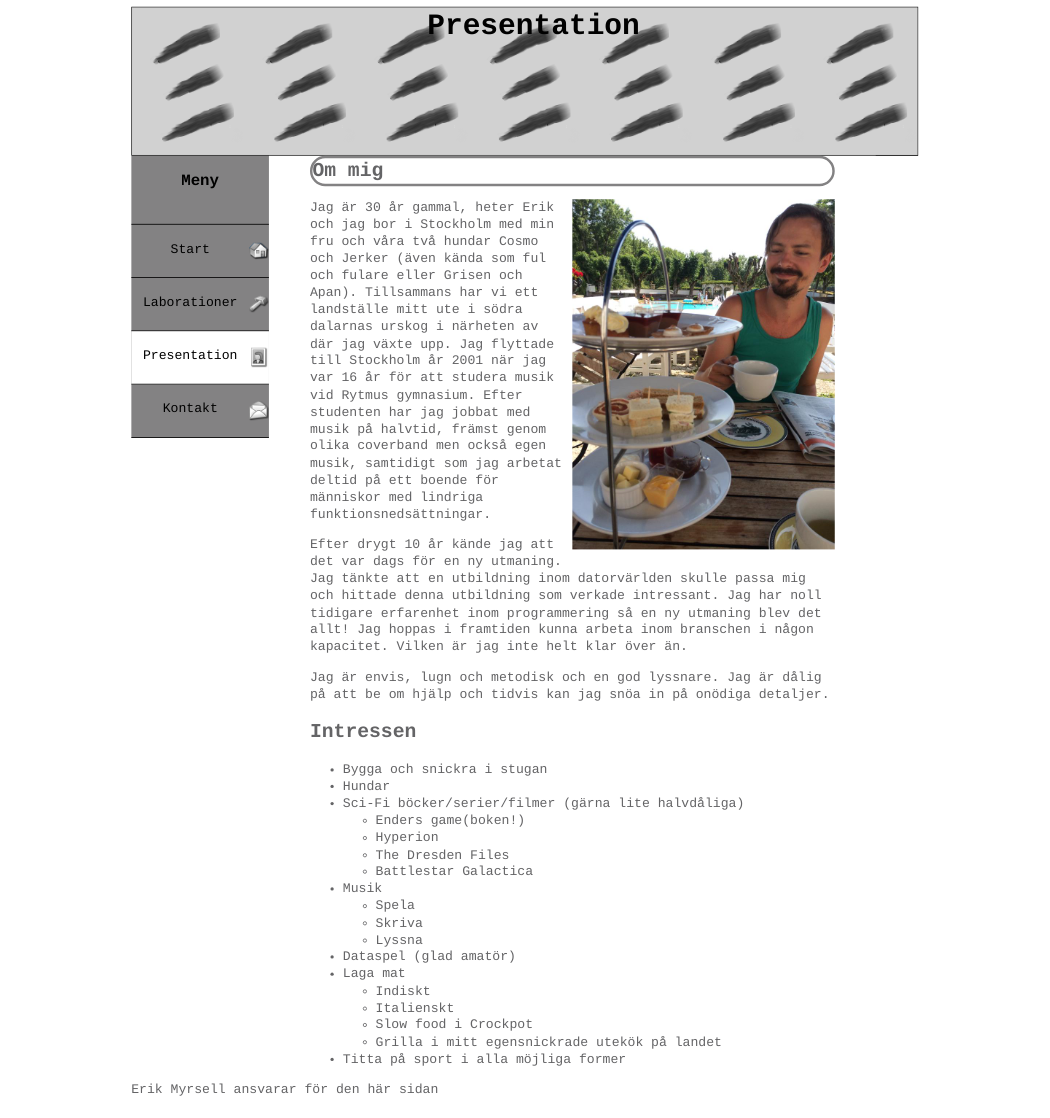
Repository: em222mt/1IK415_em222mt
Page: pages/presentation.html
The author's editor kept a record of every edit. The page is drawn from the files as they stood at one moment, then again after the next edit.
The browser window is 1280 px wide. The pictures show the whole page, at 82% of full size.

Above is the page before.

### pages/presentation.html
<!doctype html>
<html lang="sv">

<head>
    <meta charset="utf-8">
    <meta name="viewport" content="width=device-width, initial scale=1.0">

    <title>Presentation</title>

    <link rel="stylesheet" media="only screen and (min-width: 482px)" href="../css/basic.css">
    <link rel="stylesheet" media="print" href="../css/print.css">
    <link rel="stylesheet" media="only screen and (max-width: 481px)" href="../css/sscreen.css">

    <link rel="shortcut icon" href="../pics/favicon.png" type="png">
    <link rel="apple-touch-icon" href="../pics/apple-touch-icon-small.png">
    <link rel="apple-touch-icon" sizes="114x114" href="../pics/apple-touch-icon-big.png">

    <script>
        document.createElement("header");
        document.createElement("hgroup");
        document.createElement("footer");
        document.createElement("article");
        document.createElement("main");
        document.createElement("section");
        document.createElement("nav");
        document.createElement("aside");
        document.createElement("address");
    </script>
</head>

    <!-- Startpunkt -->

    <body>
        <div id="container">

            <header>
                <h1 class="headertitle">Presentation</h1>
            </header>

            <nav>

                <ul>
                    <li><h3>Meny</h3></li>
                    <li><a href="../index.html">Start</a><a id="home-icon" href="../index.html"></a></li>
                    <li><a href="laborationer.html">Laborationer</a><a id="work-icon" href="laborationer.html"></a></li>
                    <li class="active"><a href="presentation.html">Presentation</a><a id="bio-icon" href="presentation.html"></a></li>
                    <li><a href="kontakt.html">Kontakt</a><a id="contact-icon" href="kontakt.html"></a></li>
                </ul>

            </nav>

            <main>

                <header>
                    <h2>Om mig</h2>
                </header>

                <article>
                    <img id="biopic" src="../pics/tea.jpg" alt="Sommar med Afternoon tea på Häringe slott" width="360" height="480">

                    <p>Jag är 30 år gammal, heter Erik och jag bor i Stockholm med min fru och våra två hundar Cosmo och Jerker (även kända som ful och fulare eller Grisen och Apan).
                       Tillsammans har vi ett landställe mitt ute i södra dalarnas urskog i närheten av där jag växte upp. Jag flyttade till Stockholm år 2001 när jag var 16 år för att studera musik vid
                       Rytmus gymnasium. Efter studenten har jag jobbat med musik på halvtid, främst genom olika coverband men också egen musik, samtidigt som jag arbetat deltid på ett boende för människor med
                       lindriga funktionsnedsättningar.
                    </p>
                    <p>Efter drygt 10 år kände jag att det var dags för en ny utmaning. Jag tänkte att en utbildning inom datorvärlden skulle passa mig och hittade denna utbildning som verkade intressant.
                       Jag har noll tidigare erfarenhet inom programmering så en ny utmaning blev det allt! Jag hoppas i framtiden kunna arbeta inom branschen i någon kapacitet. Vilken är jag inte helt klar över än.
                    </p>
                    <p>Jag är envis, lugn och metodisk och en god lyssnare. Jag är dålig på att be om hjälp och tidvis kan jag snöa in på onödiga detaljer.
                    </p>
                </article>
            <article>
            <h2>Intressen</h2>

                <ul>
                    <li>Bygga och snickra i stugan</li>
                    <li>Hundar</li>
                    <li>Sci-Fi böcker/serier/filmer (gärna lite halvdåliga)
                        <ul>
                            <li>Enders game(boken!)</li>
                            <li>Hyperion</li>
                            <li>The Dresden Files</li>
                            <li>Battlestar Galactica</li>
                        </ul>
                    </li>
                    <li>Musik
                        <ul>
                            <li>Spela</li>
                            <li>Skriva</li>
                            <li>Lyssna</li>
                        </ul>
                    </li>
                    <li>Dataspel (glad amatör)</li>
                    <li>Laga mat
                        <ul>
                            <li>Indiskt</li>
                            <li>Italienskt</li>
                            <li>Slow food i Crockpot</li>
                            <li>Grilla i mitt egensnickrade utekök på landet</li>
                        </ul>
                    </li>
                    <li>Titta på sport i alla möjliga former</li>
                </ul>
            </article>

            </main>

            <footer>
                <p>Erik Myrsell ansvarar för den här sidan</p>
            </footer>
        </div>
    </body>
</html>

### css/basic.css
/*
Background main: #FFFFFF
Background aside: #838283
Background header/footer: #D1D1D1
text-color: #646466
*/

/*Layout*/

article, aside, details, figcaption, figure,
footer, header, hgroup, main, menu, nav,
section{
    display: block;
}

a:link 	    { color: black; }
a:visited 	{ color: gray; }
a:focus 	{ color: #838283; }
a:hover	    { color: #6495ED; background-color: white;}
a:active 	{ color: #FFFFFF; }

/*Container*/

#container {
    max-width: 960px;
    overflow: auto;
    margin: 0 auto;
}

/*----------------------------------------*/

/*Header*/

header h1 {
    border-style: solid;
    border-width: 1px;
    width: 958px;
    background-color: #D1D1D1;
    background-image: url(../pics/Logo5.png);
    background-repeat: round;
    background-position: left;
    text-indent: 300px;
    height: 180px;
}

header h2 {
    margin: 0 auto;
    border: 3px solid #838283;
    border-top-right-radius: 30px;
    border-top-left-radius: 30px;
    border-bottom-right-radius: 30px;
    border-bottom-left-radius: 30px;
}

.pageheader {
    margin: 10px 10px 10px 10px;
    text-align: center;
}

/*----------------------------------------*/

/*Navigation*/

nav {
    float: left;
    color: #646466;
    background-color: #838283;
    width: 168px;
}

nav li{
    border-bottom: 1px solid black;
    height: 64px;
}

nav a{
    float: left;
}

nav ul {
    list-style-type: none;
    margin: 0;
    padding: 0;
}

#container > nav > ul > li:nth-child(1) > h3{
    color: black;
    font-weight: bold;
    font-size: 1.2em;
    text-align: center;
}

nav a:nth-child(2) {
    float: left;
    background-image: url(pics/sprite.png);
    display: block;
    width: 24px;
    height: 24px;
    position: relative;
    top: 20px;
}

#home-icon          { background-position: 0 -48px;}
#home-icon:hover    { background-position: 0 0;}

#work-icon          { background-position: 0 -144px; }
#work-icon:hover    { background-position: 0 -96px; }

#bio-icon           { background-position: 0 -240px;}
#bio-icon:hover     { background-position: 0 -192px;}

#contact-icon       { background-position: 0 -336px;}
#contact-icon:hover { background-position: 0 -288px;}


nav a:nth-child(1){
    display: block;
    width: 144px;
    height: 43px;
    padding-top: 20px;
    text-align: center;
    color: black;
    text-decoration: none;

}

nav li:hover:nth-child(n+2) { color: #6495ED; background-color: white;}

li.active {
    background-color: white;
}

/*----------------------------------------*/

/*Content*/

main {
    float: left;
    max-width: 788px;
    background-color: #FFFFFF;
    padding-right: 50px;
    padding-left: 50px;
}

main, p {
    color: #646466;
    font-family: courier , serif;
    line-height: 130%;
    width: 640px;
}

.entry a {
    text-decoration: none;
    color: #838283;
    margin-left: 30px;
    border: 1px solid #838283;
    border-top-right-radius: 10px;
    border-top-left-radius: 10px;
    border-bottom-right-radius: 10px;
    border-bottom-left-radius: 10px;
}

.entryfooter {
    font-style: italic;
    border: none;
    background-color: white;

}

.blog {
    border-bottom: 2px solid #838283;
}
.comments {
    background-color: #F9F7FF;

}

h4 {
    font-weight: bold;
}

.commentfooter {
    font-style: italic;
}

/*----------------------------------------*/

/*Footer*/

#footer {
    border-style: solid;
    border-width: 1px;
    clear: both;
    max-width: 958px;
    background-color: #D1D1D1;
}

/*----------------------------------------*/

/*Presentation*/

#biopic{
    float: right;
    width: 50%;
    height: 50%;
    margin-left: 10px;
    margin-bottom: 10px;
}

/*----------------------------------------*/

/*Storleksanpassat bild i inlägg 2*/
#gubbe {
    max-width: 450px;
}

/*fonts*/
h1, h2, h3, ul, ol, li, form, a {
    color: #646466;
    font-family: courier , serif;
    line-height: 130%;
}

/*----------------------------------------*/

/*Tabell på laboration.html*/

main table tr td {
    width: 40%;
    border: 2px solid #838283;
    text-align: center;
    border-top-right-radius: 5px;
    border-bottom-right-radius: 5px;

}

#table th {
    border: 2px solid #838283;
    font-size: 1.03em;
    border-top-right-radius: 5px;
    border-bottom-right-radius: 5px;
}

tfoot {
    font-size: 1.03em;
}

/*----------------------------------------*/

/*Anpassat headerns text*/

.headertitle {
    margin: 0 auto;
    text-indent: 360px;
    color: black;
    font-size: 2.25em;
}

/*----------------------------------------*/

/*Lagt till en bild vid blogginläggen*/

.entry {
    background-image: url(../pics/post.png);
    background-repeat: no-repeat;
    background-position: top left;
    text-indent: 35px;
}
.entrypic {
    float: right;
    width: 35%;
}

/*----------------------------------------*/

/*Formulär och hcard*/

#form fieldset {
    width: 350px;
    background-color: #D1D1D1;
}

.formframe {
    font-weight: bold;
}

.formunit {
    float: left;
    width: 100%;
}

#formtitle {
    display: none;
}

#formcontainer {
    margin-left: 20%;
}

.vcard {
    max-width: 80%;
    color: #838283;
    margin-left: 50px;
    margin-top: 30px;
    margin-bottom: 30px;
    border: 2px solid #838283;
    border-top-right-radius: 10px;
    border-top-left-radius: 10px;
    border-bottom-right-radius: 10px;
    border-bottom-left-radius: 10px;
    padding-left: 10px;
    padding-right: 10px;
    text-align: center;
    float: left;

}

#hcard-Erik-Hans-Gustav-Myrsell > img {

    max-width: 96%;
    margin: 10px 10px 10px 10px;
    padding-bottom: 10px;
    border-bottom: 2px solid #838283;
}

#hcard-Erik-Hans-Gustav-Myrsell > a.url.fn.n {

    border: 2px solid #838283;
    text-decoration: none;
    text-align: center;
}

#hcard-Erik-Hans-Gustav-Myrsell > p {
    text-align: left;
}
/*------------------------------------*/

### css/print.css
/*
Background main: #FFFFFF
Background aside: #838283
Background header/footer: #D1D1D1
text-color: #646466
*/

/*Layout*/

a:link 	    { color: black; }
a:visited 	{ color: gray; }
a:focus 	{ color: #838283; }
a:hover	    { color: #6495ED; }
a:active 	{ color: #FFFFFF; }

/*Tryck ihop text för utskrift och ändra färgr*/

@media print {
    a, h1, h2, h3, p, table {
        color: #000000;
        background-color: #ffffff;
        max-width: 500px;
    }
}

@media print {
    ul, ol, dl, li {
        color: #000000;
        background-color: #ffffff;
        max-width: 400px;
    }
}
/*--------------------------------------*/

/*Content*/
@media print {
    #content {
        color: #000000;
        background-color: #ffffff;
        /*display: none;*/
        border: none;
        max-width: 960px;
    }
}
/*--------------------------------------*/

/*Dölj bilder och annan media*/

@media print {
    #gubbe {
        display: none;
    }
}

@media print {
#blogg > div:nth-child(2) > img {
    display: none;
}
}

@media print {
.video {
    display: none;
}
}

@media print {
#bild {
    display: none;
}
}
/*--------------------------------------*/

@media print{
       a:after{content:" (" attr(href) ") ";

       }
}
/*Navigation*/

@media print {
#navigation {
    display: none;
    border: none;
    color: #ffffff;
    background-color: #ffffff;
    }
}
/*--------------------------------------*/

/*header*/

@media print {
    #header {
        color: #ffffff;
        background-color: #ffffff;
        display: none;
        border: none;
        border-style: none;
    }
}
/*--------------------------------------*/

/*header*/
@media print {
    #footer {
        color: #000000;
        background-color: #ffffff;
        display: none;
        border: none;
        border-style: none;
    }
}
/*--------------------------------------*/

### css/sscreen.css
/*Layout*/

article, aside, details, figcaption, figure,
footer, header, hgroup, main, menu, nav,
section{
    display: block;
}

a:link 	    { color: black; }
a:visited 	{ color: gray; }
a:focus 	{ color: #838283; }
a:hover	    { color: #6495ED; background-color: white;}
a:active 	{ color: #FFFFFF; }

/*----------------------------------------*/

/*Fonts*/
h1, ul, ol, form, a, p {
    color: #646466;
    font-family: courier , serif;
    line-height: 130%;
    font-size: 0.9em;
}

h2, h3, li {
    color: #646466;
    font-family: courier , serif;
    line-height: 130%;
}

h2 {
    text-align: center;
}


/*Container*/

#container {
    width: auto;
}

/*----------------------------------------*/

/*Header*/

header h1 {
    border-style: solid;
    border-width: 1px;
    max-width: 100%;
    background-color: #D1D1D1;
    background-image: url(../pics/Logo5.png);
    background-repeat: repeat;
    background-position: left;
    text-align: center;
}

header h2 {
    margin: 0 auto;
    border: 3px solid #838283;
    border-top-right-radius: 30px;
    border-top-left-radius: 30px;
    border-bottom-right-radius: 30px;
    border-bottom-left-radius: 30px;
}

#bloggheader {
    margin: 10px 10px 10px 10px;
    text-align: center;
}



/*Content*/

main {
        width: auto;
        float: none;
        text-align: left;
        padding: 0 0 0 0;
        margin: 0 0 0 0;
}

main > ol:nth-child(7) > li:nth-child(4) > ol > li{

    word-break: break-all;
}

.entry a {
    text-decoration: none;
    color: #838283;
    margin-left: 30px;
    border: 1px solid #838283;
    border-top-right-radius: 10px;
    border-top-left-radius: 10px;
    border-bottom-right-radius: 10px;
    border-bottom-left-radius: 10px;
}

.entryfooter {
    font-style: italic;
    border: none;
    background-color: white;

}

.blog {
    border-bottom: 2px solid #838283;
}

.comments {
    background-color: #F9F7FF;
}

h4 {
    font-weight: bold;
}

.commentfooter {
    font-style: italic;
}


/*----------------------------------------*/


/*Navigation*/

nav {
        width: auto;
}

nav{
    color: #646466;
    background-color: #838283;
    max-width: 100%;
}

nav li{
    border-bottom: 1px solid black;
    height: 64px;
    font-size: 1.1em;
}

nav a{
    float: left;
}

nav ul {
    list-style-type: none;
    margin: 0;
    padding: 0;
}

#container > nav > ul > li:nth-child(1) > h3{
    color: black;
    font-weight: bold;
    font-size: 1.2em;
    text-align: center;
}

nav a:nth-child(2) {
    float: left;
    background-image: url(pics/sprite.png);
    display: block;
    width: 24px;
    height: 24px;
    position: relative;
    top: 20px;
}

#home-icon          { background-position: 0 -48px;}
#home-icon:hover    { background-position: 0 0;}

#work-icon          { background-position: 0 -144px; }
#work-icon:hover    { background-position: 0 -96px; }

#bio-icon           { background-position: 0 -240px;}
#bio-icon:hover     { background-position: 0 -192px;}

#contact-icon       { background-position: 0 -336px;}
#contact-icon:hover { background-position: 0 -288px;}


nav a:nth-child(1){
    float: right;
    display: block;
    width: 270px;
    height: 43px;
    padding-top: 20px;
    text-indent: 10px;
    color: black;
    text-decoration: none;
}

nav li:hover:nth-child(n+2) { color: #6495ED; background-color: white;}



li.active {
    background-color: white;
}

/*----------------------------------------*/


/*Bilder*/

img {
    max-width: 100%;
}

/*----------------------------------------*/


.entry {
    background-image: url(../pics/post.png);
    background-repeat: no-repeat;
    background-position: top left;
    text-indent: 35px;
}

.headertitle {
    margin: 0 auto;
    color: black;
    font-size: 2.25em;
}

h3 {
    text-align: center;
}

/*----------------------------------------*/

/*Footer*/

#footer {
    border-style: solid;
    border-width: 1px;
    clear: both;
    background-color: #D1D1D1;

}
/*----------------------------------------*/

/*Formulär*/

#form fieldset {
    max-width: 100%;
    background-color: #D1D1D1;
}

.formframe {
    font-weight: bold;
}

.formunit {
    float: left;
    width: 100%;
}

#recepientemail
{
    width: 70%;
}

#recepienttwitter
{
    width: 60%;
}

#recepientfacebook
{
    width: 50%;
}

#formsubmit
{
    margin-top: 15px;
    margin-bottom: 15px;
    alignment-adjust: middle;
}

#form input {
    max-width: 95%;
}

#formtitle {
    display: none;
}
/*----------------------------------------*/

/*Tabell på laboration.html*/

main table tr td {
    width: 40%;
    border: 2px solid #838283;
    text-align: center;
    border-top-right-radius: 5px;
    border-bottom-right-radius: 5px;

}

#table th {
    border: 2px solid #838283;
    font-size: 1.03em;
    border-top-right-radius: 5px;
    border-bottom-right-radius: 5px;
}

tfoot {
    font-size: 1.03em;
}

After the next edit:
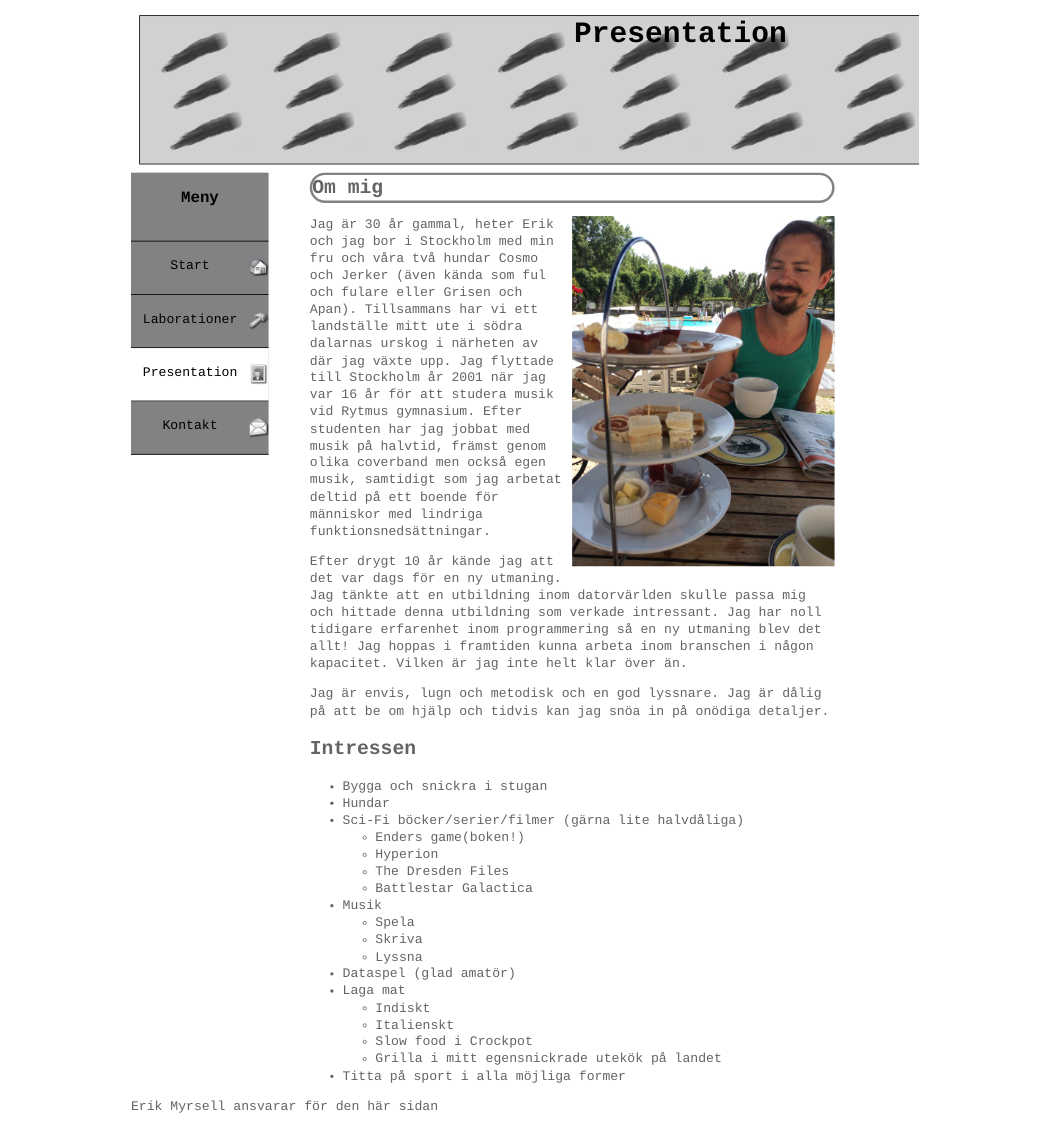
The edit:
--- a/pages/presentation.html
+++ b/pages/presentation.html
@@ -33,7 +33,7 @@
     <body>
         <div id="container">
 
-            <header>
+            <header class="pageheader">
                 <h1 class="headertitle">Presentation</h1>
             </header>
 
